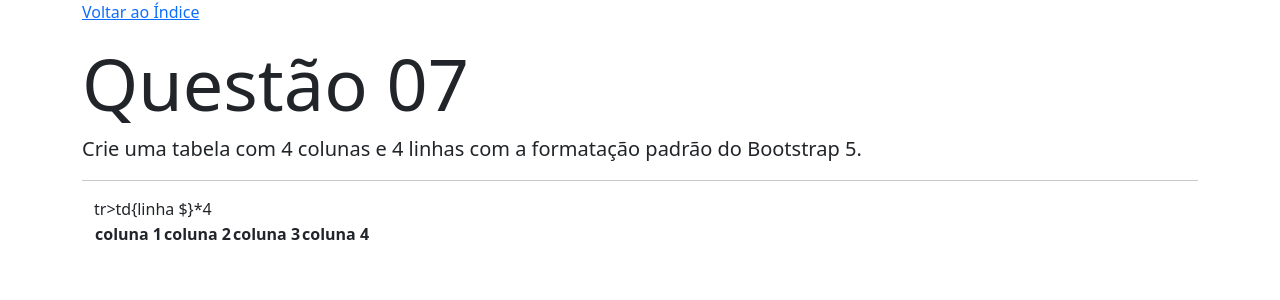
Repository: In-Game-full/Reprograme-se
Page: S-6-InicioBootstrap5/Atividade-pratica-da-semana-1-de-Bootstrap-5-In-Game-full/questao07.html
An editor plug-in stored every save of this project. The page is shown before and after the next save, followed by the edit.
The browser window is 1280 px wide. The pictures show the whole page.

Above is the page before, as saved 2023-08-28 21:53:43.

### S-6-InicioBootstrap5/Atividade-pratica-da-semana-1-de-Bootstrap-5-In-Game-full/questao07.html
<!DOCTYPE html>
<html lang="pt-br">

<head>
    <meta charset="UTF-8">
    <meta http-equiv="X-UA-Compatible" content="IE=edge">
    <meta name="viewport" content="width=device-width, initial-scale=1.0">
    <link href="https://cdn.jsdelivr.net/npm/bootstrap@5.2.2/dist/css/bootstrap.min.css" rel="stylesheet">
    <script src="https://cdn.jsdelivr.net/npm/bootstrap@5.2.2/dist/js/bootstrap.bundle.min.js"></script>
    <link rel="stylesheet" href="estilos.css">
    <title>Questão 07</title>
</head>

<body>
    <div class="container">
        <p><a href="index.html">Voltar ao Índice</a></p>
        <h1 class="display-2">Questão 07</h1>
        <p class="lead">Crie uma tabela com 4 colunas e 4 linhas com a formatação padrão do Bootstrap 5.</p>
        <hr>
        <!-- Valor: 1 ponto -->
        <!-- FAZER AQUI -->
        <div class="container">
            <table>
                <thead>
                    <tr>
                        <th>coluna 1</th>
                        <th>coluna 2</th>
                        <th>coluna 3</th>
                        <th>coluna 4</th>
                    </tr>
                </thead>
                <tbody>
                    tr>td{linha $}*4
                </tbody>
            </table>
        </div>
    </div>
</body>

</html>

### S-6-InicioBootstrap5/Atividade-pratica-da-semana-1-de-Bootstrap-5-In-Game-full/estilos.css
div {
    height: 120px;

}

After the next save:
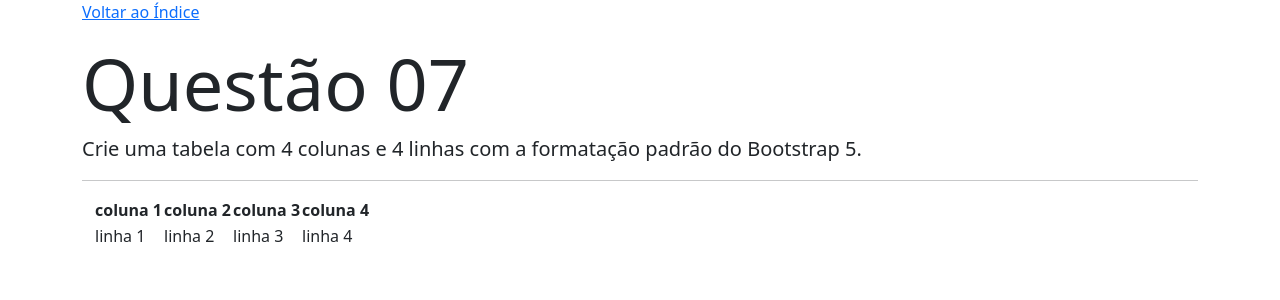
Saved 5 s later.
--- a/S-6-InicioBootstrap5/Atividade-pratica-da-semana-1-de-Bootstrap-5-In-Game-full/questao07.html
+++ b/S-6-InicioBootstrap5/Atividade-pratica-da-semana-1-de-Bootstrap-5-In-Game-full/questao07.html
@@ -30,7 +30,12 @@
                     </tr>
                 </thead>
                 <tbody>
-                    tr>td{linha $}*4
+                    <tr>
+                        <td>linha 1</td>
+                        <td>linha 2</td>
+                        <td>linha 3</td>
+                        <td>linha 4</td>
+                    </tr>
                 </tbody>
             </table>
         </div>

After the 2 saves that followed:
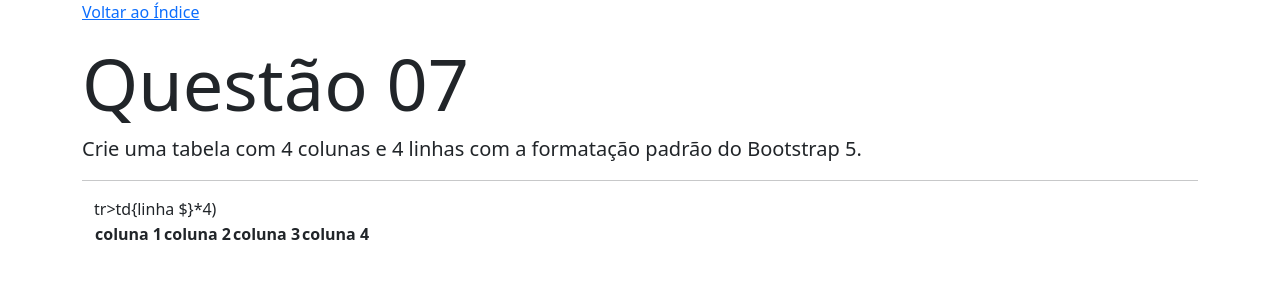
The 2 saves are shown as one change because they came seconds apart.
The last was saved 18 s later.
--- a/S-6-InicioBootstrap5/Atividade-pratica-da-semana-1-de-Bootstrap-5-In-Game-full/questao07.html
+++ b/S-6-InicioBootstrap5/Atividade-pratica-da-semana-1-de-Bootstrap-5-In-Game-full/questao07.html
@@ -30,12 +30,7 @@
                     </tr>
                 </thead>
                 <tbody>
-                    <tr>
-                        <td>linha 1</td>
-                        <td>linha 2</td>
-                        <td>linha 3</td>
-                        <td>linha 4</td>
-                    </tr>
+                    tr>td{linha $}*4)
                 </tbody>
             </table>
         </div>
